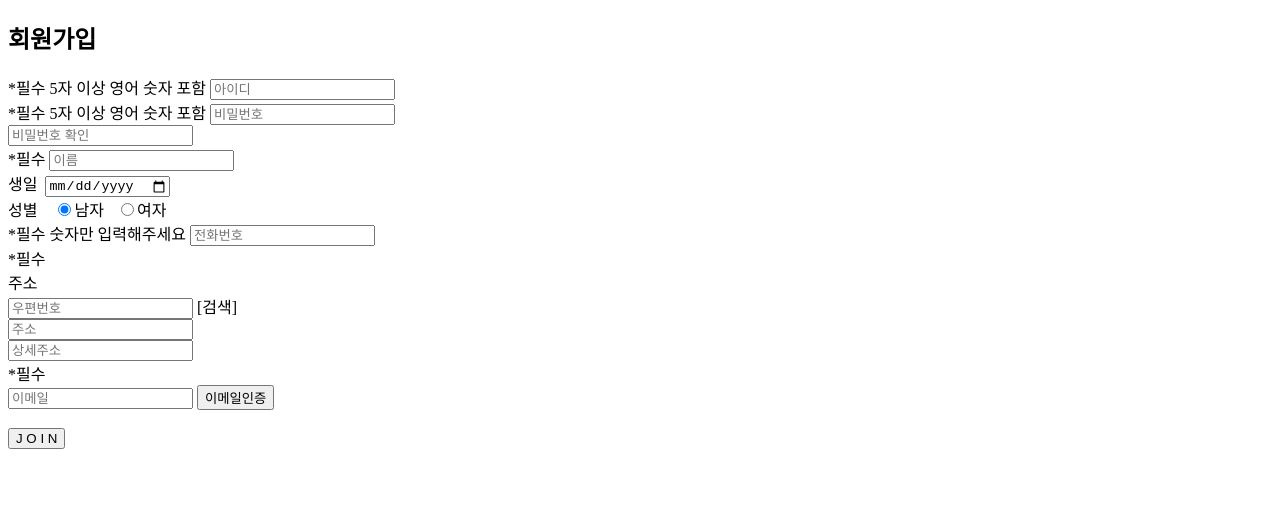
Repository: chmyj2/Team2_Final-project
Page: http://localhost/FinalProject/WEB-INF/views/2Team/t2login/t2_join.jsp
These files come from the project's save history. The page is drawn as it stood at one moment and after the next save; the edit follows.
The browser window is 1280 px wide. The pictures show the whole page.
The page is served by Tomcat 9. Nobody is signed in. Other server files are loaded and not shown. The template is opened directly, without the code that normally fills it, so the values that code supplies are empty.

Above is the page before, as saved 2022-09-02 08:17:33.

### FinalProject/src/main/webapp/WEB-INF/views/2Team/t2login/t2_join.jsp
<%@ page language="java" contentType="text/html; charset=UTF-8"
    pageEncoding="UTF-8"%>
<%@ taglib uri="http://java.sun.com/jsp/jstl/core" prefix="c" %>
<!DOCTYPE html>
<html>
<head>
<meta charset="UTF-8">
<title>Insert title here</title>
</head>
<body>
<div class="t2-join-outdiv">
<form action="joinDo" method="POST" class="joinForm" name="joinForm" onsubmit="return joinCheck()">
        <input class="validCheck" type="hidden" id="join_IDCheck" value="IDUnCheck">
        <input class="validCheck" type="hidden" id="join_emailCheckNum" value="emailUnCheck">
      <h2>회원가입</h2>
      <div class="join-textForm">
      	<span class="jointxt">*필수 5자 이상 영어 숫자 포함</span>
        <input name="member_ID" type="text" class="join-id" placeholder="아이디" id="joinMember_ID">
        <span id="idcheckResult"></span> <br>
        <span id="IDValidCheck"></span>
      </div>

      <div class="join-textForm">
      	<span class="jointxt">*필수 5자 이상 영어 숫자 포함</span>
        <input name="member_PW"  class="join-pw" placeholder="비밀번호">
      </div>

       <div class="join-textForm">
        <input name="loginPwConfirm"  class="join-pw2" placeholder="비밀번호 확인">
        <span class="pwCheckResult"></span>
      </div>

      <div class="join-textForm">
      <span class="jointxt-only">*필수</span>
        <input name="member_name"  class="join-name" placeholder="이름">
      </div>

      <div class="join-textForm brith">
      	생일&nbsp;&nbsp;<input name="member_birth" type="date" class="join-birth" >
      </div>

      <div class="join-textForm brith">
      	성별 &nbsp;&nbsp;
        <input name="member_sex" type="radio" class="join-sex" value="m" checked="checked">남자
        &nbsp;&nbsp;<input name="member_sex" type="radio" class="join-sex" value="w">여자
      </div>

      <div class="join-textForm">
      	<span class="jointxt">*필수 숫자만 입력해주세요</span>
        <input name="member_phoneNum" type="number" class="join-cellphoneNo" placeholder="전화번호">
      </div>

      <div class="join-textForm addr">
      <span class="jointxt-only-addr">*필수</span><br>
       주소<br>
        <input id="join_addr3Input" readonly="readonly" name="m_addr3" maxlength="5" autocomplete="off" placeholder="우편번호">
		<span id="addrSearchBtn">[검색]</span><br>
		<input id="join_addr1Input" readonly="readonly" name="m_addr1" maxlength="30" autocomplete="off" placeholder="주소"><br>
		<input id="join_addr2Input" name="m_addr2" maxlength="30" autocomplete="off" placeholder="상세주소">
      </div>

       <div class="join-textForm">
       <span class="jointxt-only">*필수</span><br>
        <input name="member_email" type="email" id="join-email" placeholder="이메일">
        <button type="button" id="join_mail_check">이메일인증</button><br>
        <input placeholder="인증번호를 입력해주세요" id="join_mail_num" type="hidden"> <br>
      <span id="mail-check-warn"></span> <!-- 인증코드 확인 -->
      <span id="emailcheckResult"></span> <!-- 중복확인 -->
      </div>

      <input type="hidden" name="member_linkWhere" value="1">
      <input type="hidden" name="member_paper" value="동의">
      <input type="submit" class="join-btn" value="J O I N"/>
    </form>
    </div>
</body>
</html>

After the next save:
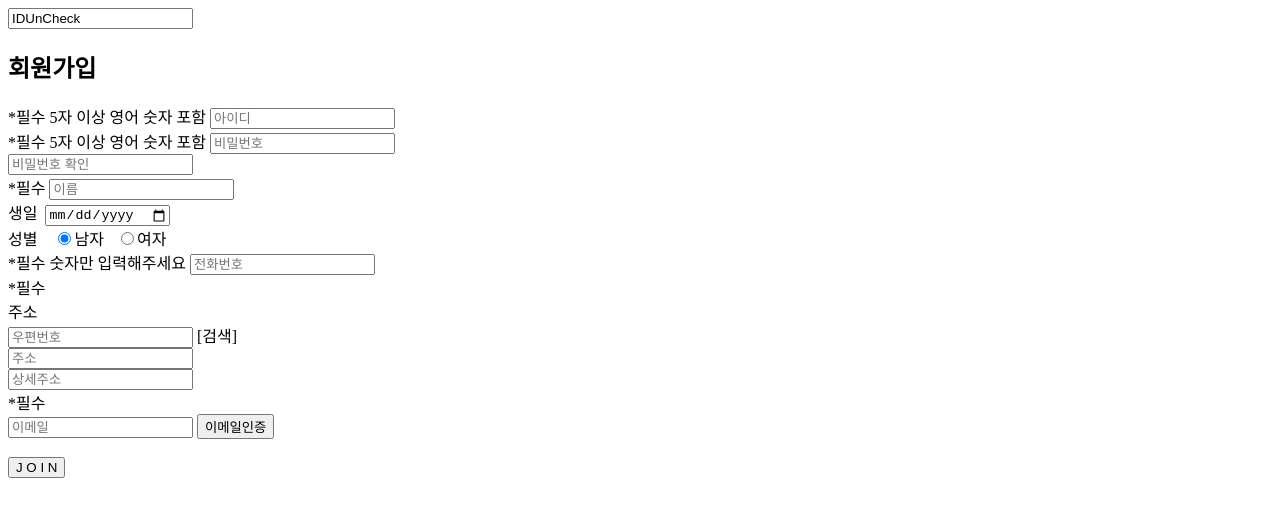
Saved 15 s later.
--- a/FinalProject/src/main/webapp/WEB-INF/views/2Team/t2login/t2_join.jsp
+++ b/FinalProject/src/main/webapp/WEB-INF/views/2Team/t2login/t2_join.jsp
@@ -10,7 +10,7 @@
 <body>
 <div class="t2-join-outdiv">
 <form action="joinDo" method="POST" class="joinForm" name="joinForm" onsubmit="return joinCheck()">
-        <input class="validCheck" type="hidden" id="join_IDCheck" value="IDUnCheck">
+        <input class="validCheck"  id="join_IDCheck" value="IDUnCheck">
         <input class="validCheck" type="hidden" id="join_emailCheckNum" value="emailUnCheck">
       <h2>회원가입</h2>
       <div class="join-textForm">
